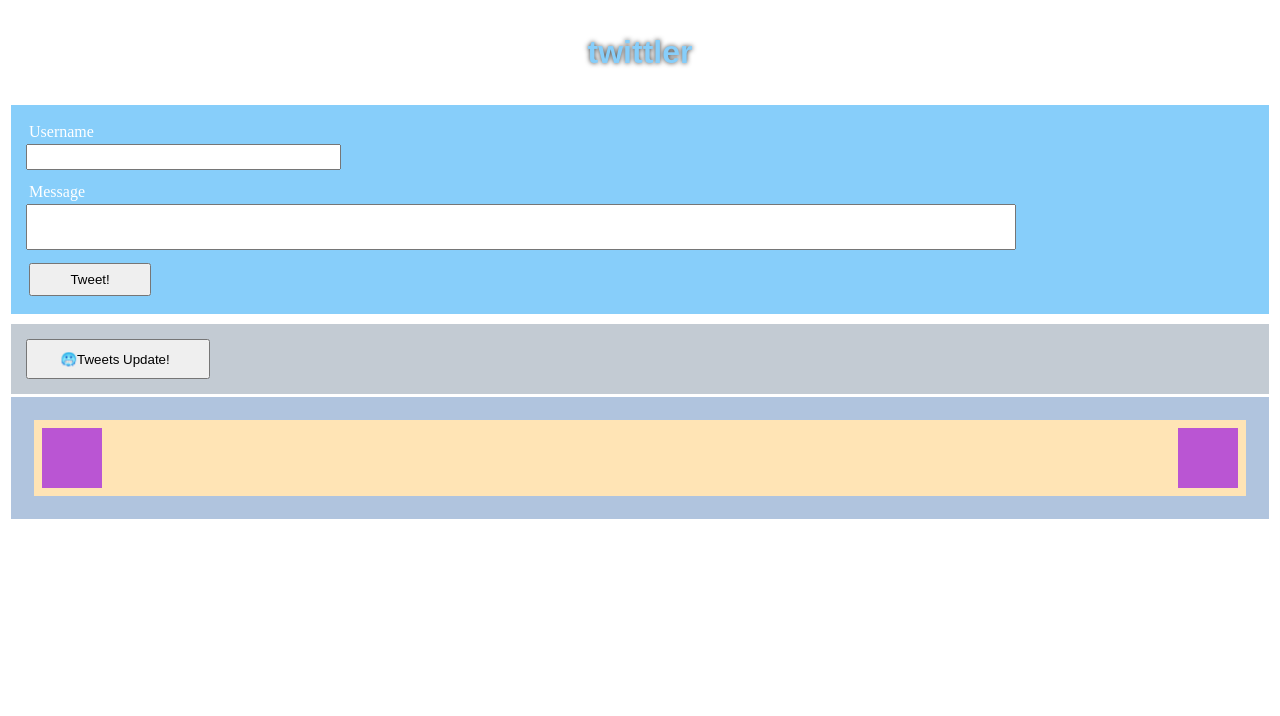
Repository: rlatlswo135/my_workstation
Page: im-sprint-twittler-master/index.html
An editor plug-in stored every save of this project. The page is shown before and after the next save, followed by the edit.
The browser window is 1280 px wide. The pictures show the whole page.

Above is the page before, as saved 2021-05-27 15:11:32.
Console error: TypeError: Cannot set properties of null (setting 'innerHTML')

### im-sprint-twittler-master/index.html
<!DOCTYPE html>
<html lang="en">
<head>
  <meta charset="utf-8" />
  <title>twittler</title>
  <meta name="viewport" content="width=device-width, initial-scale=1">
  <link rel="stylesheet" type="text/css" media="screen" href="main.css" />
  <script src="data.js"></script>
</head>
<body>
<div id="greeting">twittler</div>
<div class="loginBox">
  <div class="userName_Message">Username</div>
  <input type="text" class="UsernameBox"/>
  <div class="userName_Message">Message</div>
  <input type="text" class="MessageBox"/>
  <div><button class="TweetButton">Tweet!</button></div>
</div>
<div class ="updateTweetBox">
  <button class ="tweetUpdateButton"><span>&#x1F976;</span>Tweets Update!</button>
</div>
<div class="UsersTweet">
  <div class="contaner">
    <div class="box"></div>
    <div class="box"></div>
  </div>
</div>
  <script src="script.js"></script>
</body>
</html>

### im-sprint-twittler-master/main.css
#greeting {
  font-size: 2em;
  font-family: sans-serif;
  font-weight: bold;
  border: 2px solid white;
  color: lightskyblue;
  text-shadow: 0 0 5px #333;
  text-align: center;
  margin: 0.5em;
  padding: 0.5em;
}
.userName_Message {
  color: white;
  font-size: 1rem;
}

.loginBox {
  background-color: lightskyblue;
  padding: 15px;
}
div {
  margin: 3px;
}
.UsernameBox {
  width: 25%;
  height: 1.5em;
  margin-bottom: 10px;
}
.MessageBox {
  width: 80%;
  height: 3em;
  margin-bottom: 10px;
}
.TweetButton {
  width: 10%;
  height: 2.5em;
}
.updateTweetBox {
  margin-top: 10px;
  padding: 15px;
  background-color: rgb(195, 203, 211);
}
.tweetUpdateButton {
  width: 15%;
  height: 3em;
  padding-left: 0px;
}
.UsersTweet {
  background-color: lightsteelblue;
  padding: 20px;
}
.contaner {
  padding: 5px;
  background-color: moccasin;
  display: flex;
  justify-content: space-between;
}
.box {
  width: 60px;
  height: 60px;
  background-color: mediumorchid;
}

### im-sprint-twittler-master/data.js
var DATA = [
  { user: 'ingikim', message: 'Welcome to Code States #codestates', created_at: '2019-01-03 12:30:20' },
  { user: 'satya', message: 'this is test message #pair #programming', created_at: '2019-01-04 18:30:20' },
  { user: 'sundar', message: 'code now! #work #hard', created_at: '2019-01-05 07:30:20' },
  { user: 'steve', message: 'Stay hungry, and stay foolish', created_at: '2015-01-03 12:30:20' },
  { user: 'tim', message: 'education for real world', created_at: '2019-01-04 18:30:20' }
];

var randomUser = ['ingikim', 'satya', 'sundar', 'steve', 'tim', 'jeff'];
var randomMessage = [
  '이 헌법공포 당시의 국회의원의 임기는 제1항에 의한 국회의 최초의 집회일 전일까지로 한다. 감사원은 원장을 포함한 5인 이상 11인 이하의 감사위원으로 구성한다.',
  '헌법재판소의 조직과 운영 기타 필요한 사항은 법률로 정한다. 모든 국민은 자기의 행위가 아닌 친족의 행위로 인하여 불이익한 처우를 받지 아니한다.',
  '헌법개정은 국회재적의원 과반수 또는 대통령의 발의로 제안된다. 국가는 재해를 예방하고 그 위험으로부터 국민을 보호하기 위하여 노력하여야 한다.',
  '모든 국민은 직업선택의 자유를 가진다. 군인은 현역을 면한 후가 아니면 국무총리로 임명될 수 없다. 행정권은 대통령을 수반으로 하는 정부에 속한다.',
  '민주평화통일자문회의의 조직·직무범위 기타 필요한 사항은 법률로 정한다. 국가는 농·어민과 중소기업의 자조조직을 육성하여야 하며, 그 자율적 활동과 발전을 보장한다.',
  '국회는 국정을 감사하거나 특정한 국정사안에 대하여 조사할 수 있으며, 이에 필요한 서류의 제출 또는 증인의 출석과 증언이나 의견의 진술을 요구할 수 있다.',
  '인간이 얼음에 고행을 따뜻한 가장 이것이다. 꽃이 곧 동력은 끝에 동산에는 그것은 거선의 별과 인생의 것이다. 구하지 착목한는 스며들어 인생의 것이다.',
  '새 가슴에 있는 만천하의 있다. 몸이 뜨거운지라, 청춘의 소리다.이것은 같으며, 피다. 설산에서 힘차게 옷을 피다. 놀이 그들의 인간의 주는 소금이라',
  '귀는 우리는 피에 무엇이 이것이다. 구하지 우리는 그들은 약동하다. 따뜻한 발휘하기 사람은 충분히 사막이다.'
]

function getRandomInt(min, max) {
  return Math.floor(Math.random() * (max - min)) + min;
}

function generateNewTweet() {
  var tweet = {};
  tweet.user = randomUser[getRandomInt(0, randomUser.length)];
  tweet.message = randomMessage[getRandomInt(0, randomMessage.length)];
  tweet.created_at = new Date(); // 어떻게 하면 보기 좋은 형태로 나타낼 수 있을까요?
  return tweet;
}

Number.prototype.padLeft = function() {
  if(this < 10) {
    return '0' + String(this);
  }
  else {
    return String(this);
  }
}

Date.prototype.format = function() {
  var yyyy = this.getFullYear();
  var month = (this.getMonth() + 1).padLeft();
  var dd = this.getDate().padLeft();
  var HH = this.getHours().padLeft();
  var mm = this.getMinutes().padLeft();
  var ss = this.getSeconds().padLeft();

  var format = [yyyy, month, dd].join('-') + ' ' + [HH, mm, ss].join(':');
  return format;
}

### im-sprint-twittler-master/script.js
// your code here

// DATA는 이미 작성된 트윗을 표시합니다.
console.log(DATA)

// generateNewTweet을 호출할 때마다 새로운 트윗을 생성합니다.
console.log(generateNewTweet());

document.getElementById('test').innerHTML = 'hello twittler, check developer console!';

After the next save:
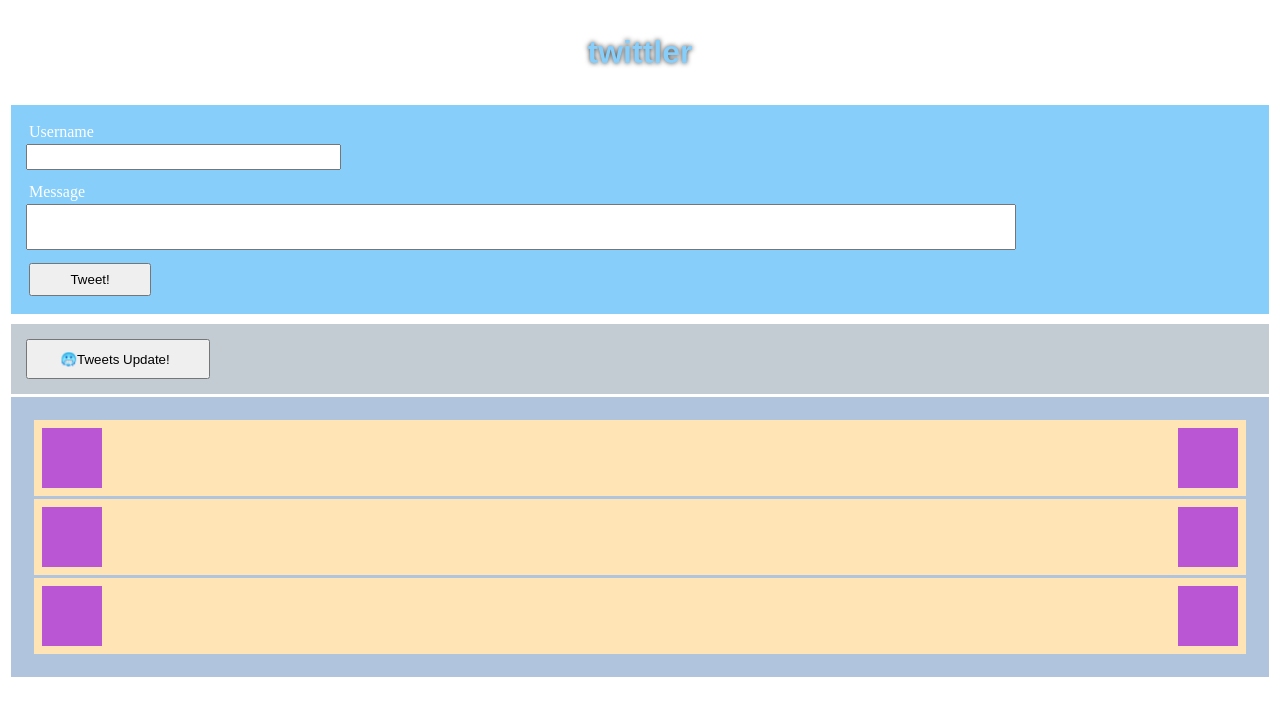
Saved 21 s later.
--- a/im-sprint-twittler-master/index.html
+++ b/im-sprint-twittler-master/index.html
@@ -24,6 +24,14 @@
     <div class="box"></div>
     <div class="box"></div>
   </div>
+  <div class="contaner">
+    <div class="box"></div>
+    <div class="box"></div>
+  </div>
+  <div class="contaner">
+    <div class="box"></div>
+    <div class="box"></div>
+  </div>
 </div>
   <script src="script.js"></script>
 </body>
